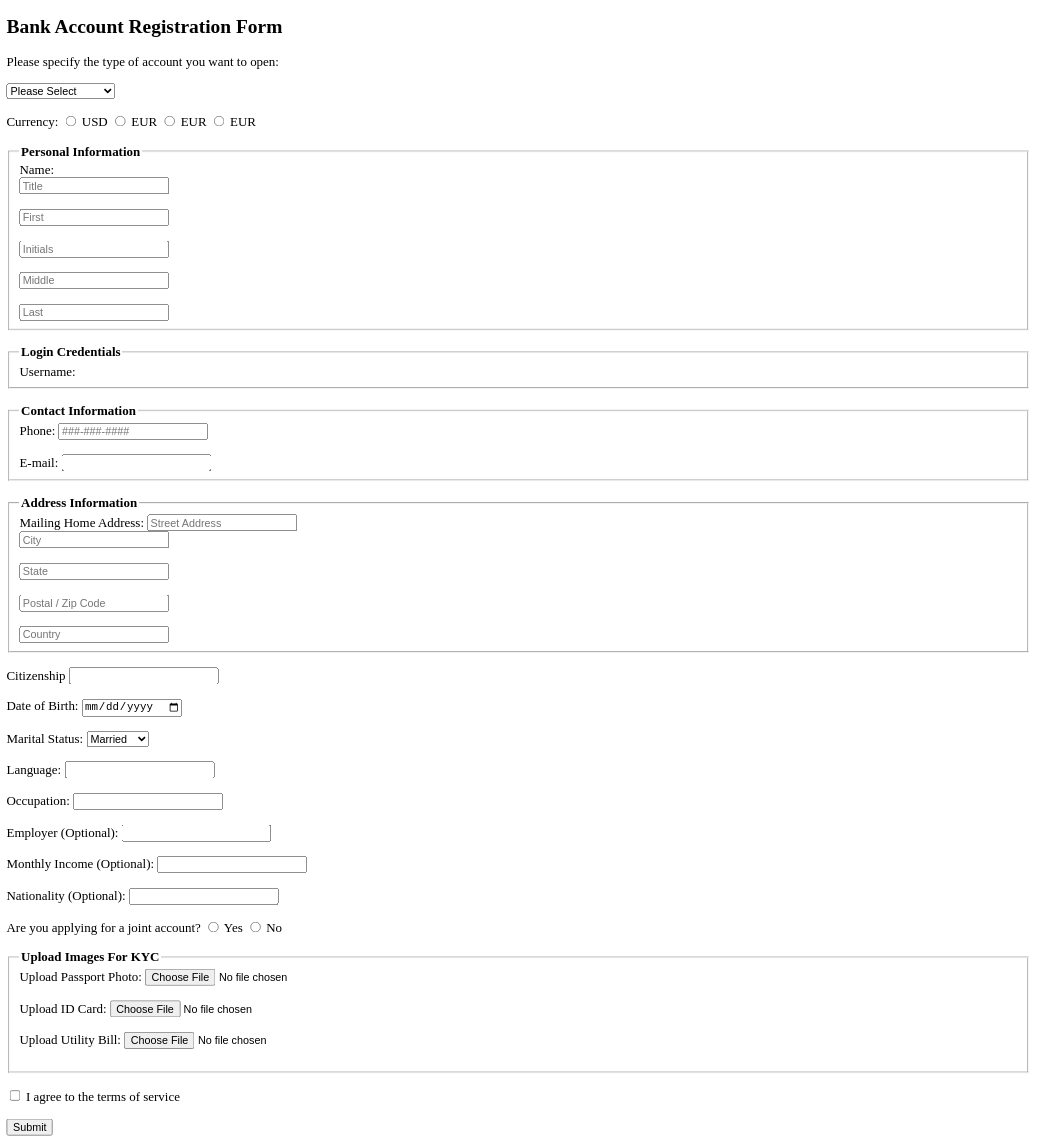
Repository: hizeetech/First-Assignment
Page: sign_up.html
An editor plug-in stored every save of this project. The page is shown before and after the next save, followed by the edit.
The browser window is 1280 px wide. The pictures show the whole page, at 81% of full size.

Above is the page before, as saved 2024-11-09 03:34:53.

After the next save:
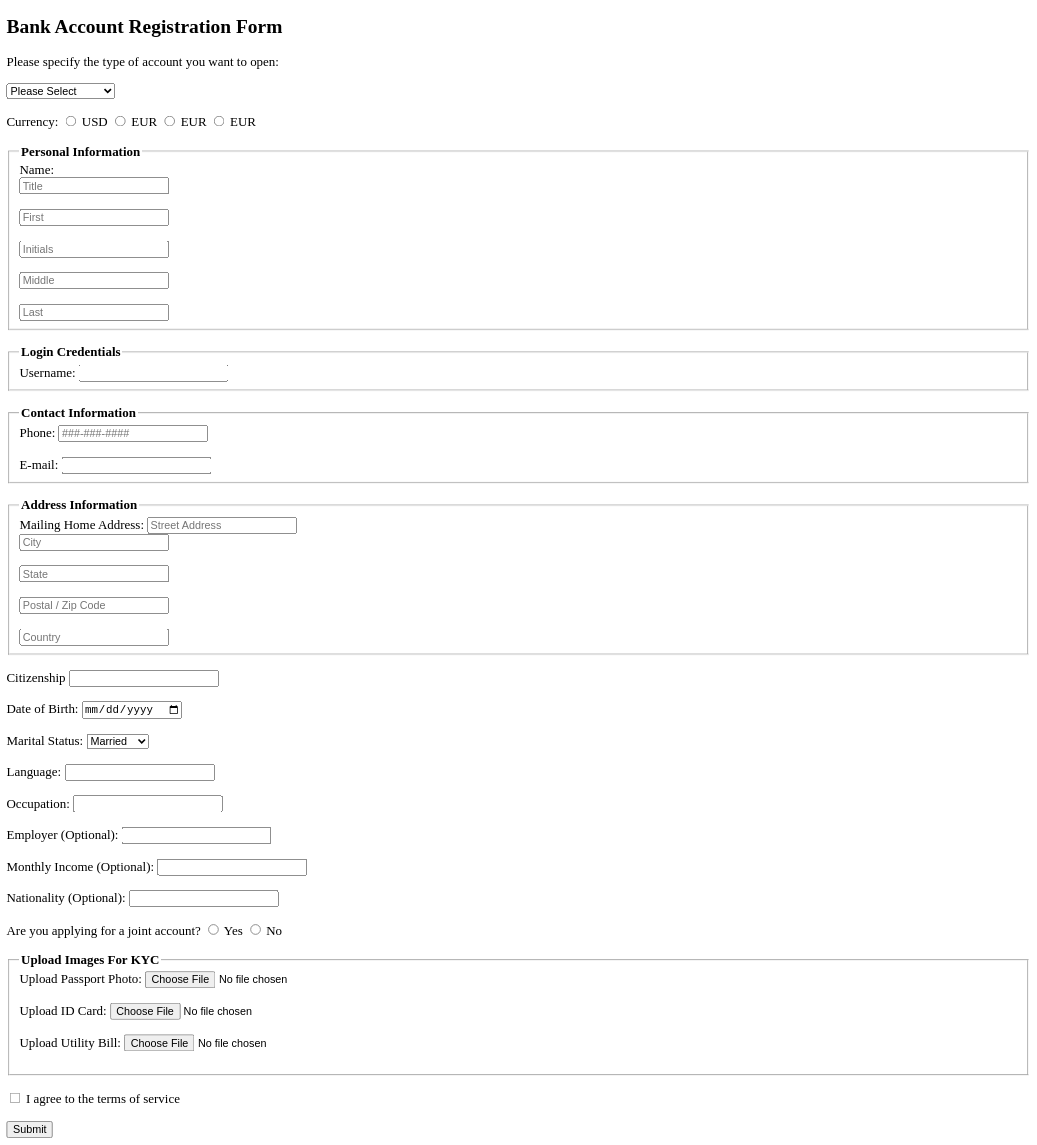
Saved 98 s later.
--- a/sign_up.html
+++ b/sign_up.html
@@ -47,6 +47,7 @@
             <fieldset>
                 <legend><b>Login Credentials</b></legend>
             <label for="username">Username:</label>
+            <input type="citizenship" id="citizenship" name="citizenship" required>
 
             </fieldset>
 
